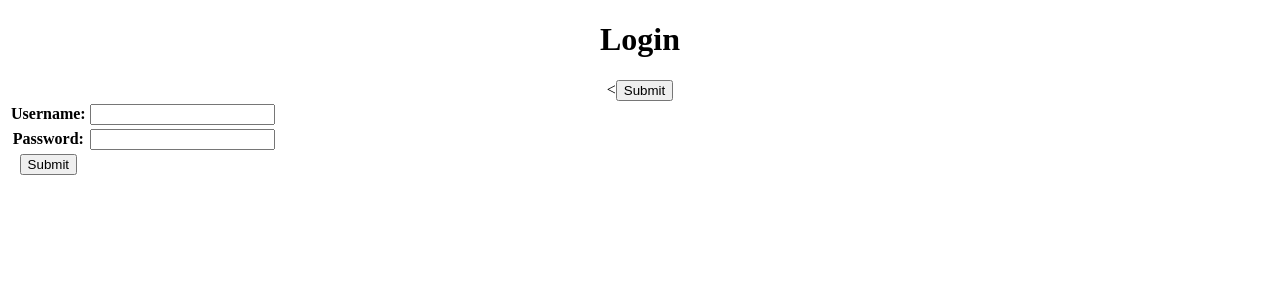
Repository: Sourabhmag/week-5
Page: http://localhost/LoginApp/login.jsp
These files come from the project's save history. The page is drawn as it stood at one moment and after the next save; the edit follows.
The browser window is 1280 px wide. The pictures show the whole page.
The page is served by Tomcat 9. Other server files are loaded and not shown.

Above is the page before, as saved 2019-11-06 10:29:22.

### LoginApp/WebContent/login.jsp
<%@ page language="java" contentType="text/html; charset=UTF-8"
	pageEncoding="UTF-8"%>
<!DOCTYPE html>
<html>
<head>
<style type="text/css">
	form {text-align:center;}
	table {text-align:center;}
	tr {text-align:center;}
	th {text-align:center;}
	h1 {text-align:center;}
</style>
<meta charset="UTF-8">
<title>Welcome to my Website</title>
</head>
<body>
	<h1>Login</h1>
	<form>
	<table>
		<tr><th >Username:</th> <th ><input type="text" name="firstname"></th></tr>
		<tr><th >Password:</th> <th ><input type="password" name="firstname"></th></tr>
		<tr><<th align="center" ><input type="submit" name="submit"></th></tr>





		<input type="submit" value="Submit">
		</table>
	</form>
</body>
</html>

After the next save:
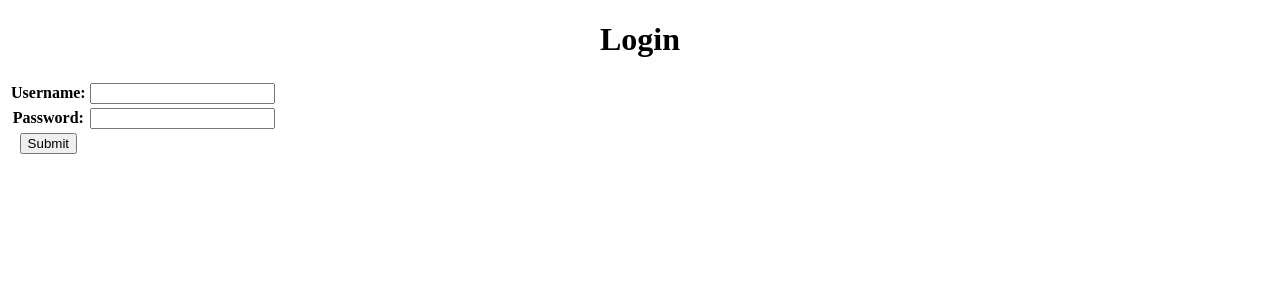
Saved 7 s later.
--- a/LoginApp/WebContent/login.jsp
+++ b/LoginApp/WebContent/login.jsp
@@ -19,13 +19,13 @@
 	<table>
 		<tr><th >Username:</th> <th ><input type="text" name="firstname"></th></tr>
 		<tr><th >Password:</th> <th ><input type="password" name="firstname"></th></tr>
-		<tr><<th align="center" ><input type="submit" name="submit"></th></tr>
+		<tr><th align="center" ><input type="submit" name="submit"></th></tr>
 
 
 
 
 
-		<input type="submit" value="Submit">
+
 		</table>
 	</form>
 </body>
